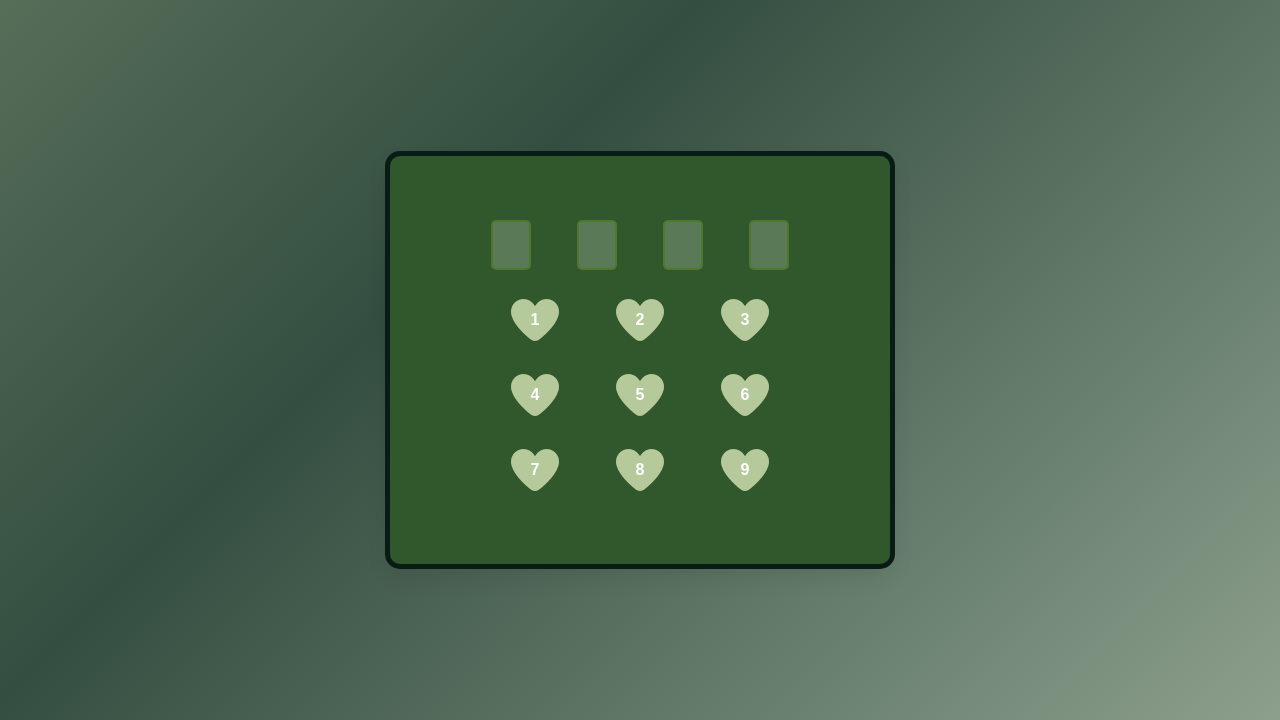
Repository: jahatesu/project-cutie
Page: index.html
An editor plug-in stored every save of this project. The page is shown before and after the next save, followed by the edit.
The browser window is 1280 px wide. The pictures show the whole page.
Some web libraries are served in a nearby version.

Above is the page before, as saved 2025-08-14 23:49:31.
Console error: TypeError: Cannot read properties of null (reading 'getBoundingClientRect')

After the next save:
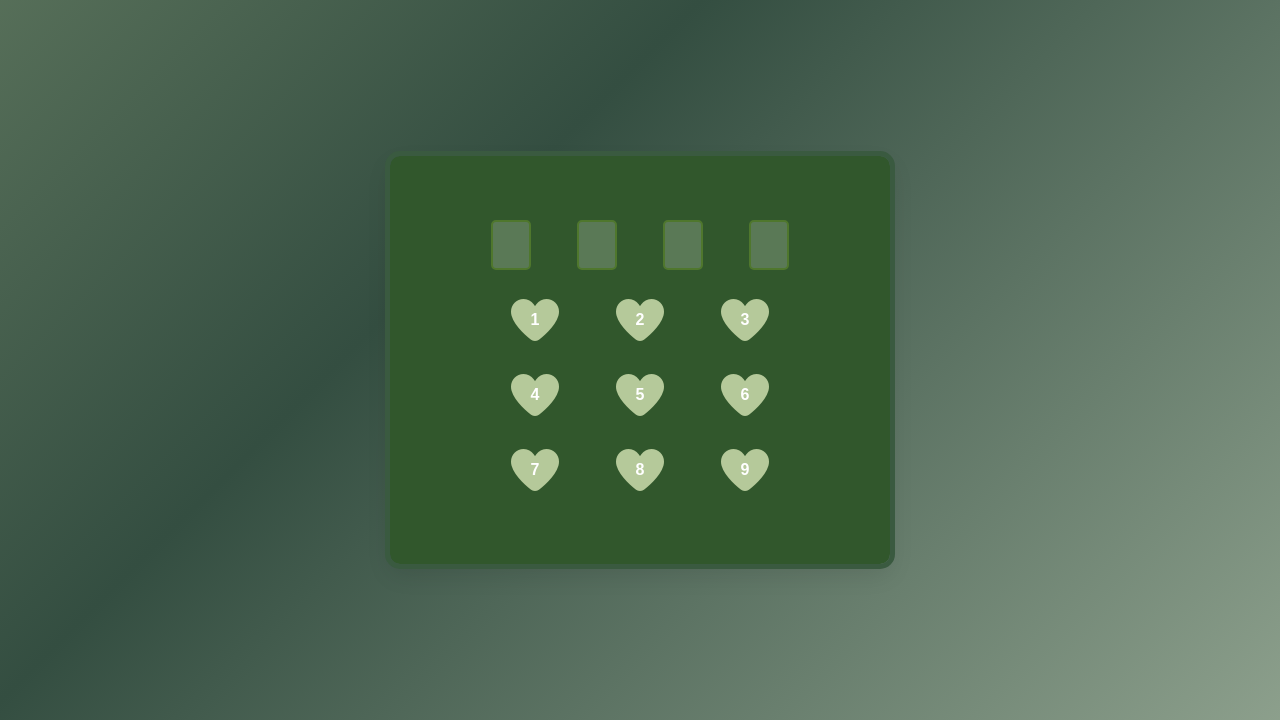
Saved 16 s later.
--- a/style.css
+++ b/style.css
@@ -54,7 +54,7 @@ body {
     box-shadow: 0 10px 25px rgba(0,0,0,0.1);
     flex-direction: column;
     text-align: center;
-    outline: 5px solid #081c15;
+    outline: 5px solid #3a5a40;
 }
 
 .pin-display{
